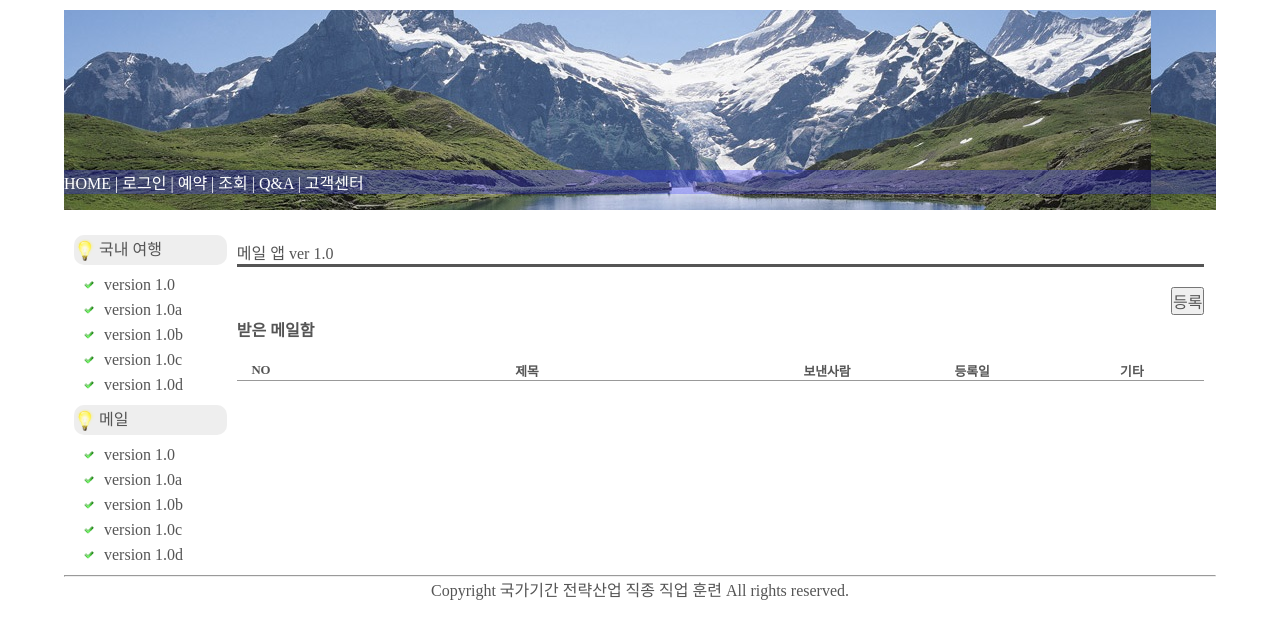
Repository: jangky000/ai_web
Page: http://localhost/blog_v2jc/mail_app/list.jsp
An editor plug-in stored every save of this project. The page is shown before and after the next save, followed by the edit.
The browser window is 1280 px wide. The pictures show the whole page.
The page is served by Tomcat 9. Queries for data that is not in the repository find no rows.

Above is the page before, as saved 2020-03-27 06:35:04.

After the next save:
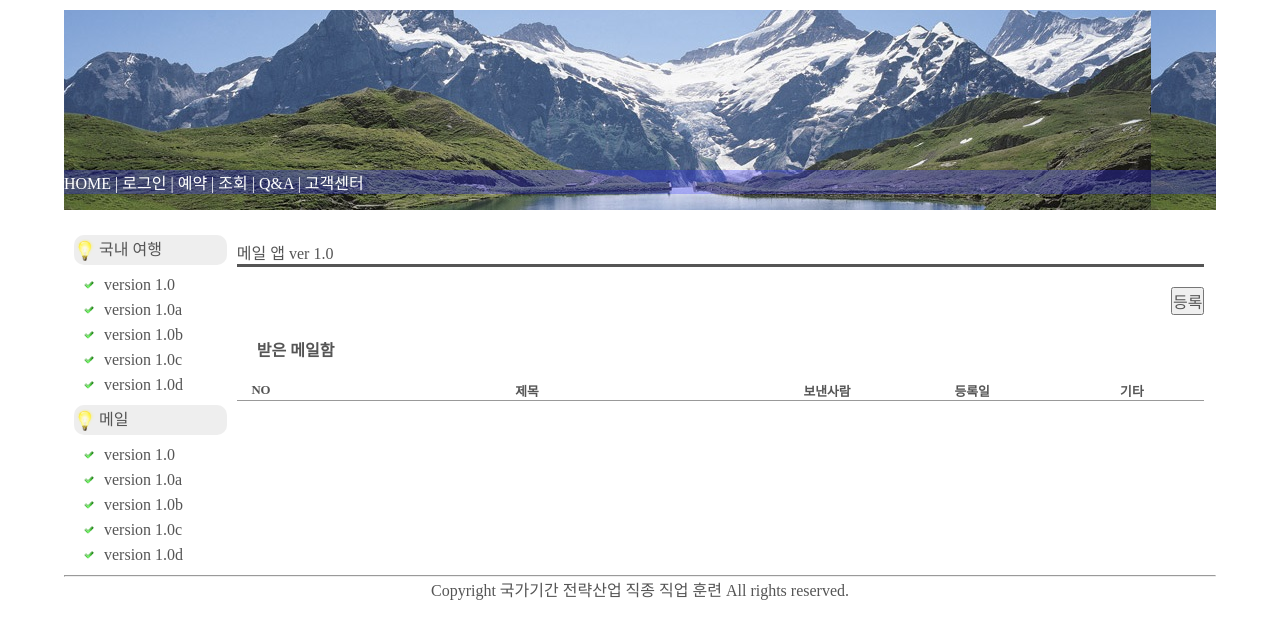
Saved 21 s later.
--- a/ws__frame/blog_v2jc/WebContent/mail_app/list.jsp
+++ b/ws__frame/blog_v2jc/WebContent/mail_app/list.jsp
@@ -47,7 +47,7 @@ String password = "1234";
     <button type="button" onclick="location.href='./create_form.jsp'">등록</button>
   </div>
   <table class="table_basic">
-    <caption style="text-align: left; margin-bottom: 20px;"><h2>받은 메일함</h2></caption>
+    <caption style="text-align: left; margin: 20px 20px;"><h2>받은 메일함</h2></caption>
     <colgroup>
       <col style="width: 5%;">
       <col style="width: 50%;">
